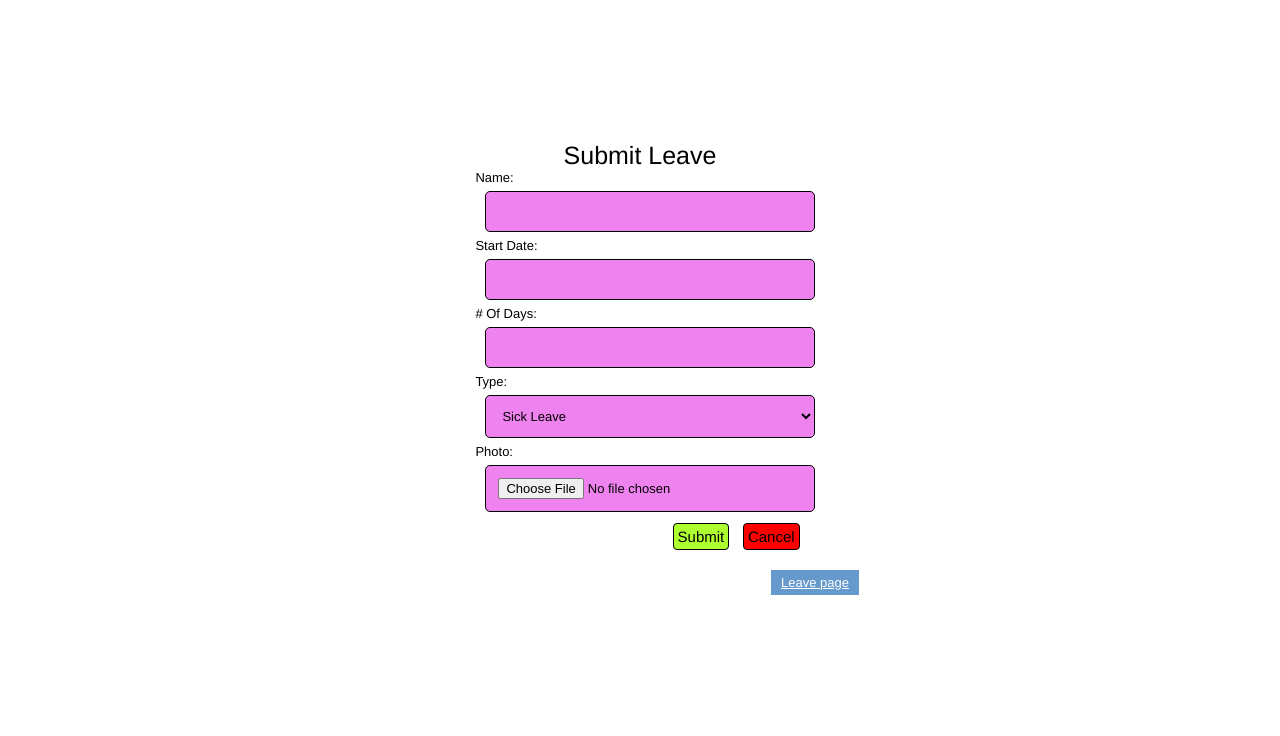
Repository: Murad71/BasicCRUD
Page: index.html
An editor plug-in stored every save of this project. The page is shown before and after the next save, followed by the edit.
The browser window is 1280 px wide. The pictures show the whole page.

Above is the page before, as saved 2023-04-18 21:48:25.

### index.html
<!DOCTYPE html>
<html lang="en">
  <head>
    <meta charset="UTF-8" />
    <meta http-equiv="X-UA-Compatible" content="IE=edge" />
    <meta name="viewport" content="width=device-width, initial-scale=1.0" />
    <link rel="stylesheet" href="index.css" />
    <title>Leave Request</title>
  </head>
  <body>
    <div class="flex1">
      <form id="form1">
        <header>Submit Leave</header>
        <div class="container">
          <label for="name">Name:</label>
          <input type="text" id="name" name="name" />
          <br />
          <label for="startdate">Start Date:</label>
          <input type="text" id="startdate" name="startdate" />
          <br />
          <label for="days"># Of Days:</label>
          <input type="text" id="days" name="days" />
          <br />
          <label for="leaves">Type:</label>
          <select id="leave" name="leaves" required>
            <option value="Sick leave">Sick Leave</option>
            <option value="Early leave">Early Leave</option>
            <option value="Vacation leave">Vacation Leave</option>
            <option value="Other">Other</option>
          </select>
          <br />
          <label for="photo">Photo:</label>
          <input type="file" id="photo" name="photo"/>
          <div class="button-container">
            <input type="submit" value="Submit" id="submitButton"/>
            <input type="reset" value="Cancel" class="cancel" />
          </div>
        </div>
      </form>
      <div class="anchorContainer">
        <a href="index1.html"> Leave page</a>
        <!--Added the hyperlink here-->
      </div>
    </div>
    <script src="script.js"></script>
  </body>
</html>

### index.css
* {
  box-sizing: border-box;
  font-family: "Franklin Gothic Medium", "Arial Narrow", Arial, sans-serif;
  font-size: small;
}

.flex1
{
  align-items: center;
  display: flex;
  justify-content: center;
  height: 100vh;
  flex-direction: column;
}

.container {
  background-color: white;
  /* padding: 5px 20px 15px 20px; */
  border: none;
  border-radius: 6px;
  flex-direction: column;
  margin-bottom: 15px;
  width: 100%;
}

header {
  font-size: 25px;
  text-align: center;
}

input[type="text"],
input[type="file"],
select,
textarea {
  width: 100%;
  padding: 12px;
  margin: 6px;
  border: 1px solid;
  border-radius: 5px;
  margin-left: 10px;
  background-color: violet;
}

.button-container {
  text-align: right;
}

input[type="submit"],
input[type="reset"] {
  font-size: 15px;
  border: 1px solid;
  margin: 5px;
  padding: 4px;
  background-color: greenyellow;
  border-radius: 4px;
}

input[type="reset"].cancel {
  background-color: red;
}

.anchorContainer {
  margin-left: 350px;
}

a {
  display: inline-block;
  background: #69c;
  color: #fff;
  padding: 5px 10px;
}

### script.js
let storage=JSON.parse(localStorage.getItem('store')) || [];
let index=JSON.parse(localStorage.getItem('rIndex')) || null;
const submitButtonCatch=document.getElementById("submitButton");
const img= new Image();

//after clicking the submit button
submitButtonCatch.addEventListener("click",() =>{
    const form=document.getElementById("form1");
    let object={};
    let flag=true;

    object["id"]= Date.now();
    for(let i=0;i<form.length;i++)
    {
        if(form.elements[i].name=="photo")
        {
            object[form.elements[i].name]= img.src;
        }
        else
        {
            object[form.elements[i].name]=form.elements[i].value;
        }
        if(form.elements[i].value=='')
        {
            flag=false;
            alert("WARNING: Fill all the given Input correctly.");
            break;
        }
        if(form.elements[i].name=="days" && (form.elements[i].value>7 || form.elements[i].value<1))
        {
            flag=false;
            alert("WARNING: Enter a valid number for vacation");
            break;
        }
    }

    if(flag)
    {
        alert("Your data has been submitted Successfully!!");
        if(index!=null)
        {
            storage[index]=object;
            index=null;
        }
        else storage.push(object);


        localStorage.setItem('store',JSON.stringify(storage));
        localStorage.setItem('rIndex',JSON.stringify(index));
        form.reset();
    }
});


//base64 conversion
const fileEl= document.getElementById('photo');
fileEl.addEventListener('change', () =>{

    const fr= new FileReader();
    fr.readAsDataURL(fileEl.files[0]);

    fr.addEventListener('load', ()=>{

        const url= fr.result;
        img.src= url;

    });

});


console.log(storage);



// let submitButtonClicked=document.getElementById("submitButton");
// let indx=0;
// let flag= true;
// let obj={};

// submitButtonClicked.addEventListener('click',() =>{

//     const form= document.getElementById('form1');
//     obj["id"]= indx;
//     indx++;
//     for(let i=0; i<form.length; i++)
//     {
//         obj[form.elements[i].name]=form.elements[i].value;
//         if(form.elements[i].value=='')
//         {
//             flag=false;
//             alert("WARNING: Fill all the given Input correctly.");
//             break;
//         }
//         if(form.elements[i].name=="days" && (form.elements[i].value>7 || form.elements[i].value<1))
//         {
//             flag=false;
//             alert("WARNING: Enter a valid number for vacation");
//             break;
//         }
//     }

//     if(flag)
//     {
//         alert("Data entered successfully!");
//         insertData();
//     }

// });


// function intertData()
// {
//     const table = document.getElementsByClassName("tbody1")[0];
//           var row=document.createElement('tr');
//            row.innerHTML = `<td>${obj.name}</td>
//                 <td>${obj.startdate}</td>
//                 <td>${obj.days}</td>
//                 <td>${obj.leaves}</td>
//                 <td><img id="img" src=${obj.photo} alt=""></td>
//                 <td><a href="index.html" id="edit">Edit</a> <input type='button' value= 'Reject' name=${obj.id} id="reject"/></td>`;
//             table.appendChild(row);
// }

After the next save:
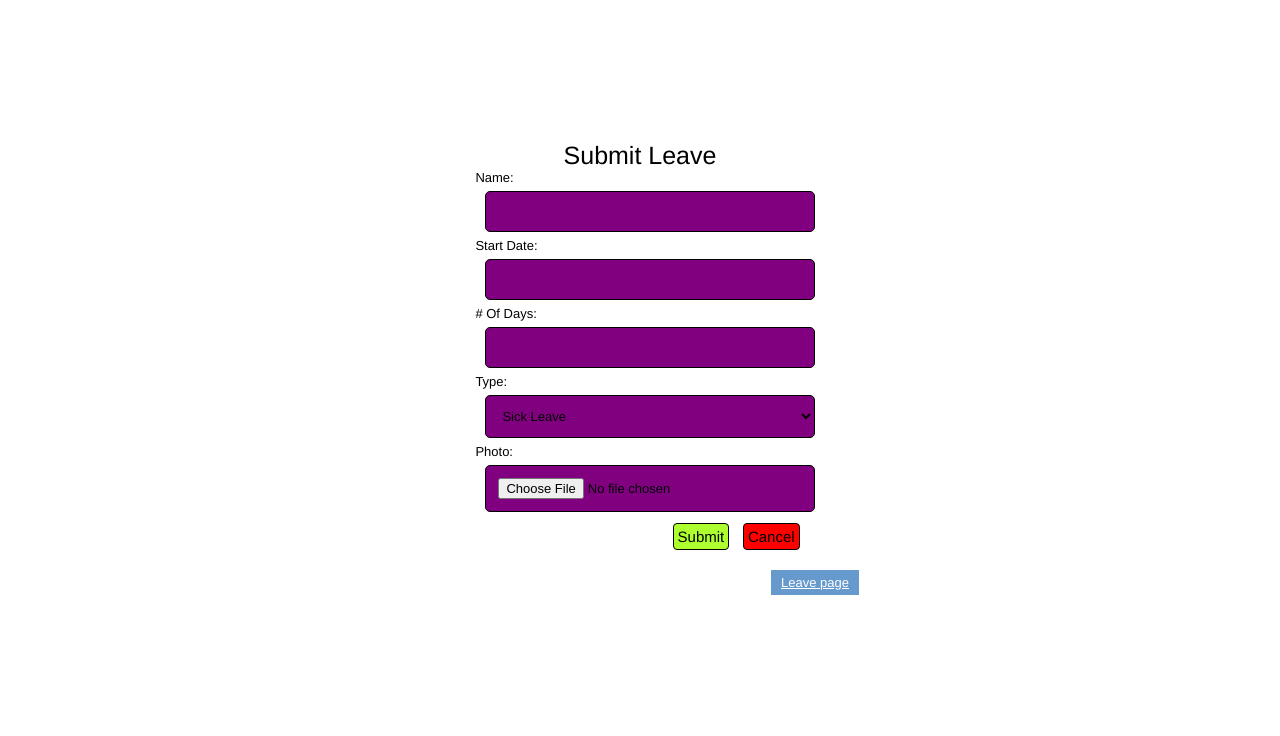
Saved 19 s later.
--- a/index.css
+++ b/index.css
@@ -38,7 +38,7 @@ textarea {
   border: 1px solid;
   border-radius: 5px;
   margin-left: 10px;
-  background-color: violet;
+  background-color: purple;
 }
 
 .button-container {
